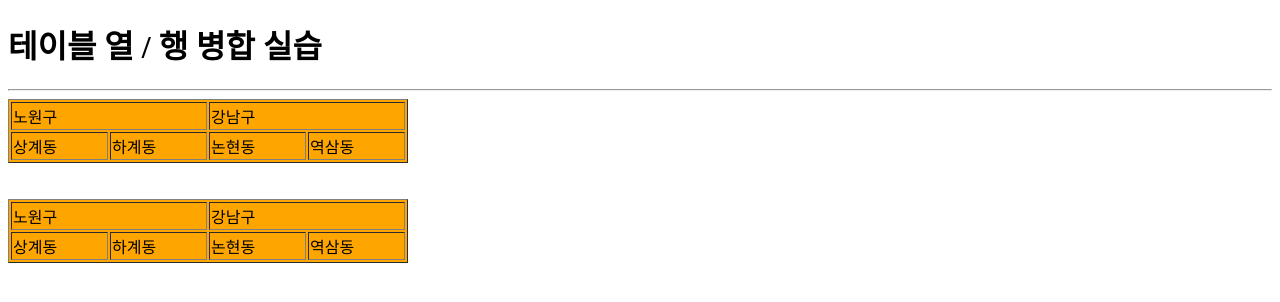
Repository: jp0301/WebStudy
Page: WebApp01/WebContent/Test012.html
An editor plug-in stored every save of this project. The page is shown before and after the next save, followed by the edit.
The browser window is 1280 px wide. The pictures show the whole page.

Above is the page before, as saved 2022-09-27 02:32:56.

### WebApp01/WebContent/Test012.html
<!DOCTYPE html>
<html>
<head>
<meta charset="UTF-8">
<title>Test012.html</title>
</head>
<body>

	<div>
		<h1>테이블 열 / 행 병합 실습</h1>
		<hr>
	</div>

	<div>
		<table border="1" bgcolor="orange" width="400">

			<tr>
				<td colspan="2">노원구</td>
				<td colspan="2">강남구</td>
			</tr>
			<tr>
				<td>상계동</td>
				<td>하계동</td>
				<td>논현동</td>
				<td>역삼동</td>
			</tr>
		</table>
		<br><br>


		<table border="1" bgcolor="orange" width="400">

			<tr>
				<td colspan="2">노원구</td>
				<td colspan="2">강남구</td>
			</tr>
			<tr>
				<td>상계동</td>
				<td>하계동</td>
				<td>논현동</td>
				<td>역삼동</td>
			</tr>
		</table>
	</div>

</body>
</html>

After the next save:
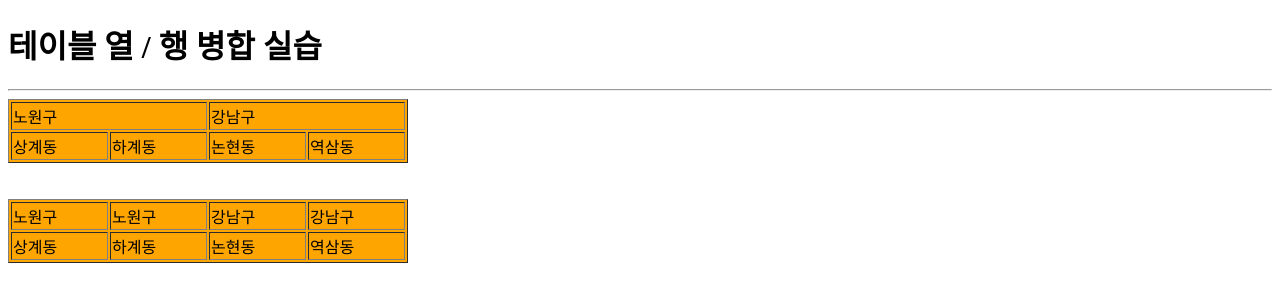
Saved 9 s later.
--- a/WebApp01/WebContent/Test012.html
+++ b/WebApp01/WebContent/Test012.html
@@ -31,8 +31,10 @@
 		<table border="1" bgcolor="orange" width="400">
 
 			<tr>
-				<td colspan="2">노원구</td>
-				<td colspan="2">강남구</td>
+				<td colspan="1">노원구</td>
+				<td colspan="1">노원구</td>
+				<td colspan="1">강남구</td>
+				<td colspan="1">강남구</td>
 			</tr>
 			<tr>
 				<td>상계동</td>

After the save that followed:
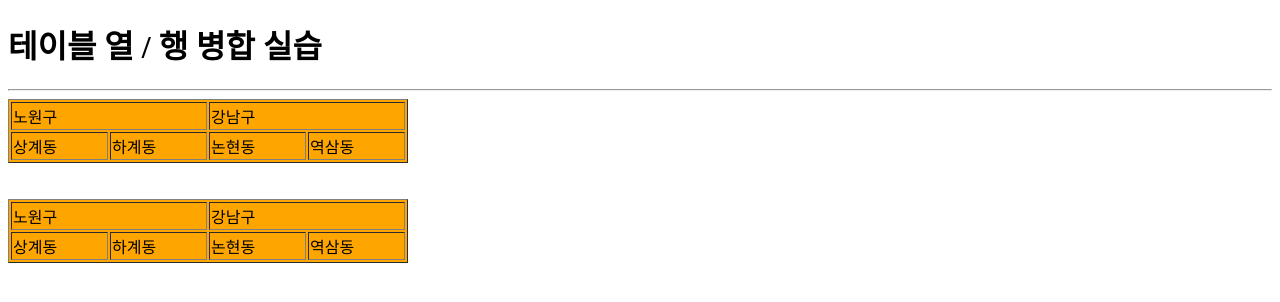
Saved 9 s later.
--- a/WebApp01/WebContent/Test012.html
+++ b/WebApp01/WebContent/Test012.html
@@ -31,10 +31,8 @@
 		<table border="1" bgcolor="orange" width="400">
 
 			<tr>
-				<td colspan="1">노원구</td>
-				<td colspan="1">노원구</td>
-				<td colspan="1">강남구</td>
-				<td colspan="1">강남구</td>
+				<td colspan="2">노원구</td>
+				<td colspan="2">강남구</td>
 			</tr>
 			<tr>
 				<td>상계동</td>
